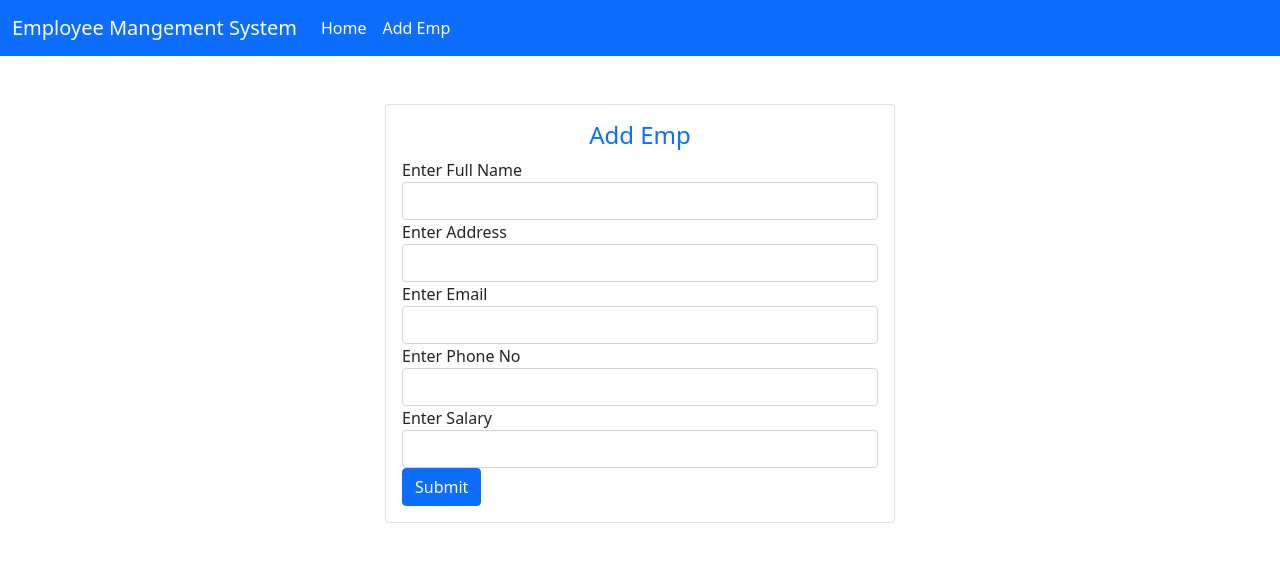
Repository: mahto-sonu/EmployeeManagementSystem
Page: http://localhost/add_emp
These files come from the project's save history. The page is drawn as it stood at one moment and after the next save; the edit follows.
The browser window is 1280 px wide. The pictures show the whole page.
The page is this project's Thymeleaf template; nobody is signed in. The template is opened directly, without the code that normally fills it, so the values that code supplies are empty.

Above is the page before, as saved 2023-12-05 12:08:39.

After the next save:
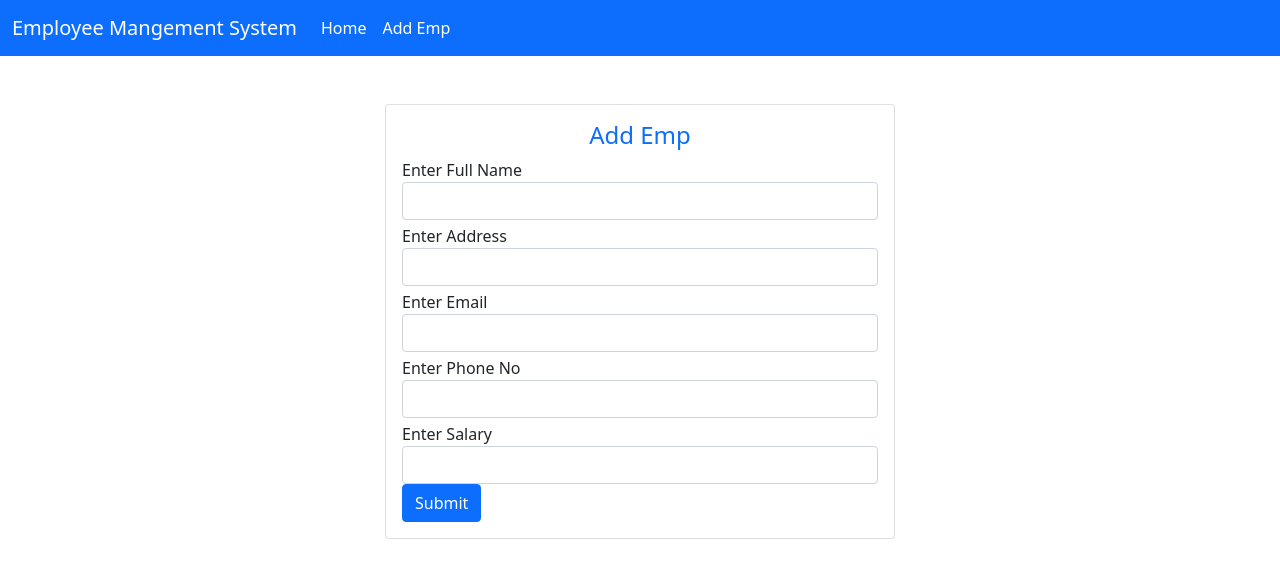
Saved 2 min 4 s later.
--- a/Employee-Management-System/src/main/resources/templates/add_emp.html
+++ b/Employee-Management-System/src/main/resources/templates/add_emp.html
@@ -43,29 +43,29 @@
 
 						<form th:action="@{/register}" method="post">
 
-							<div class="form-group">
+							<div class="form-group mt-1">
 								<label>Enter Full Name</label> <input type="text"
 									class="form-control" name="name">
 							</div>
 
-							<div class="form-group">
+							<div class="form-group mt-1">
 								<label>Enter Address</label> <input type="text"
 									class="form-control" name="address">
 							</div>
 
-							<div class="form-group">
+							<div class="form-group mt-1">
 								<label>Enter Email</label> <input type="email"
 									class="form-control" name="email">
 							</div>
 
 
-							<div class="form-group">
+							<div class="form-group mt-1">
 								<label>Enter Phone No</label> <input type="number"
 									class="form-control" name="phno">
 							</div>
 
 
-							<div class="form-group">
+							<div class="form-group mt-1">
 								<label>Enter Salary</label> <input type="number"
 									class="form-control" name="salary">
 							</div>
